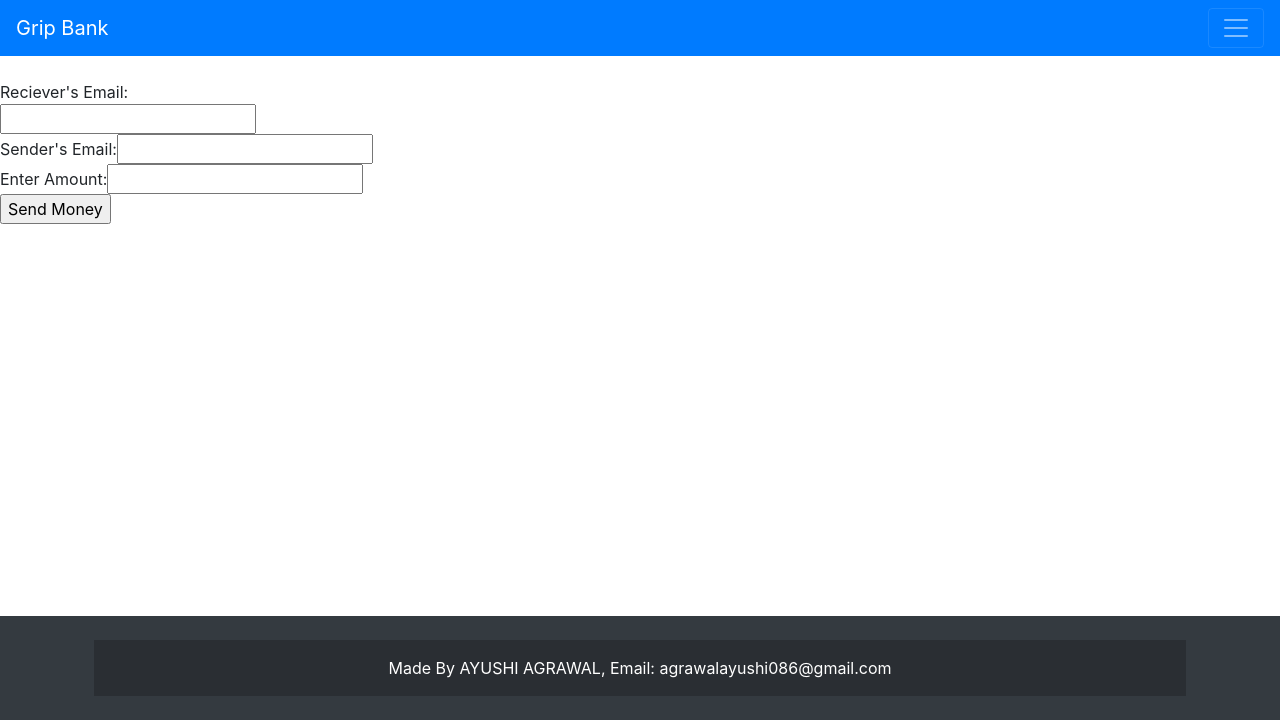
Repository: ayushiagrawal083/BasicBankingSystem
Page: Bank/WebContent/sendmoney.html
The author's editor kept a copy of each file at every save. The page is drawn from the files as they stood at one save, then again after the next save.
The browser window is 1280 px wide. The pictures show the whole page.

Above is the page before, as saved 2022-10-21 11:08:42.
Console error: TypeError: Cannot read properties of undefined (reading 'fn')

After the next save:
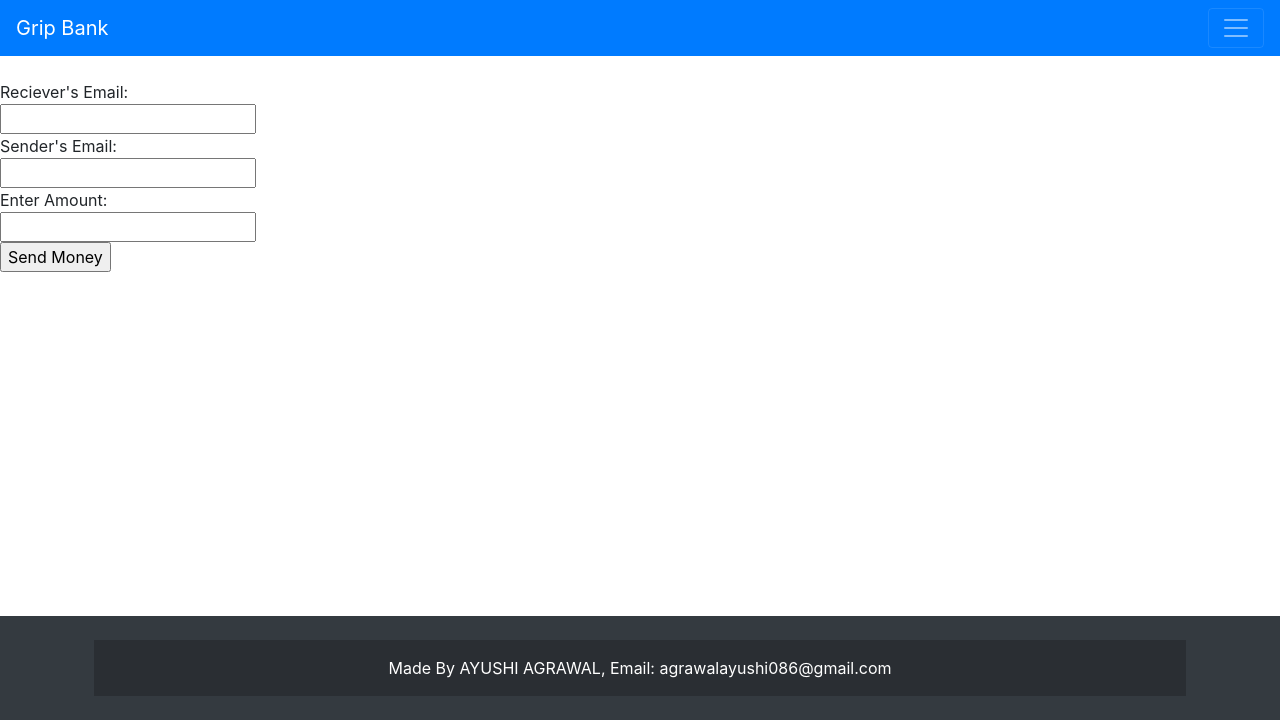
Saved 8 s later.
--- a/Bank/WebContent/sendmoney.html
+++ b/Bank/WebContent/sendmoney.html
@@ -38,8 +38,8 @@
 <br />
 <form action="money.jsp" method="post">
 Reciever's Email:<br /><input type="email" name="email1" /><br />
-Sender's Email:<input type="email" name="email" /><br />
-Enter Amount:<input type="number" name="money" /><br />
+Sender's Email:<br /><input type="email" name="email" /><br />
+Enter Amount:<br /><input type="number" name="money" /><br />
 <input type="submit" value="Send Money"/>
 
 </form><br />
